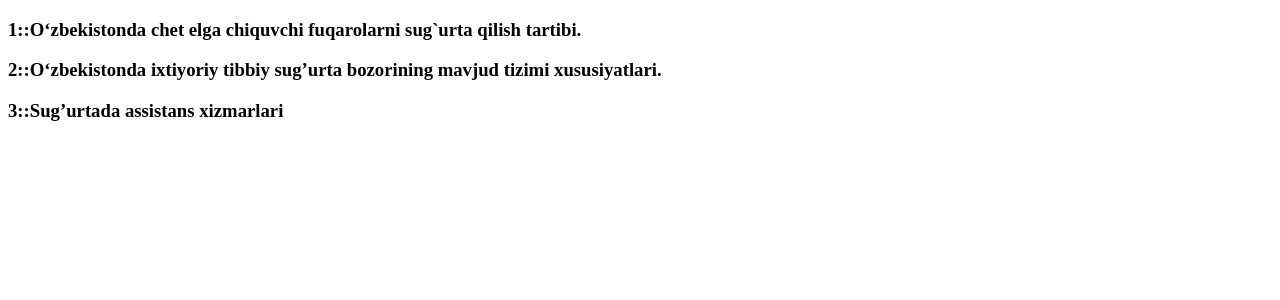
Repository: Ikromkhurozov/exam-inst
Page: index.html
The author's editor kept a copy of each file at every save. The page is drawn from the files as they stood at one save, then again after a run of saves.
The browser window is 1280 px wide. The pictures show the whole page.

Above is the page before, as saved 2023-05-21 14:41:18.

### index.html
<!DOCTYPE html>
<html lang="en">
<head>
  <meta charset="UTF-8">
  <meta http-equiv="X-UA-Compatible" content="IE=edge">
  <meta name="viewport" content="width=device-width, initial-scale=1.0">
  <title>Document</title>
</head>
<body>
    <h3>1::O‘zbekistonda chet elga chiquvchi fuqarolarni sug`urta qilish tartibi.</h3>
    <div></div>

    <h3>2::O‘zbekistonda ixtiyoriy tibbiy sugʼurta bozorining mavjud tizimi xususiyatlari.</h3>
    <div></div>

    <h3>3::Sug’urtada assistans xizmarlari</h3>
    <div></div>
</body>
</html>

After the next 2 saves:
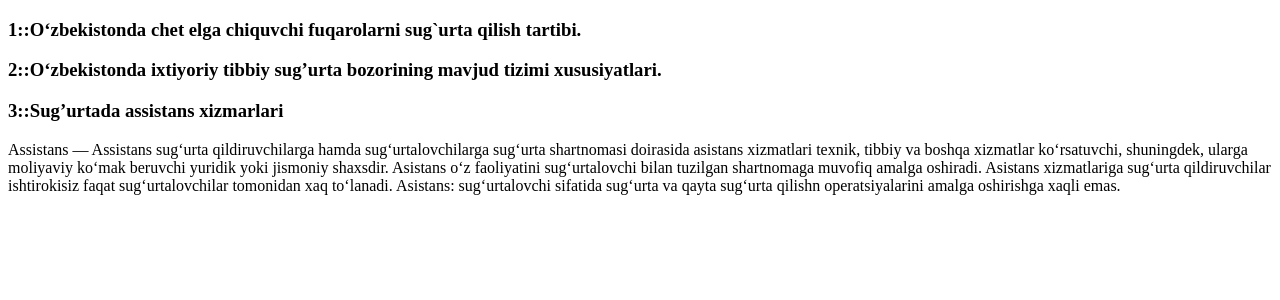
The 2 saves are shown as one change because they came seconds apart.
The last was saved 18 s later.
--- a/index.html
+++ b/index.html
@@ -14,6 +14,15 @@
     <div></div>
 
     <h3>3::Sug’urtada assistans xizmarlari</h3>
-    <div></div>
+    <div>Assistans — Assistans sugʻurta qildiruvchilarga hamda
+      sugʻurtalovchilarga sugʻurta shartnomasi doirasida asistans
+      xizmatlari texnik, tibbiy va boshqa xizmatlar koʻrsatuvchi, shuningdek,
+      ularga moliyaviy koʻmak beruvchi yuridik yoki jismoniy shaxsdir.
+      Asistans oʻz faoliyatini sugʻurtalovchi bilan tuzilgan shartnomaga
+      muvofiq amalga oshiradi. Asistans xizmatlariga sugʻurta
+      qildiruvchilar ishtirokisiz faqat sugʻurtalovchilar tomonidan xaq
+      toʻlanadi. Asistans: sugʻurtalovchi sifatida sugʻurta va qayta sugʻurta
+      qilishn operatsiyalarini amalga oshirishga xaqli emas.
+    </div>
 </body>
 </html>
